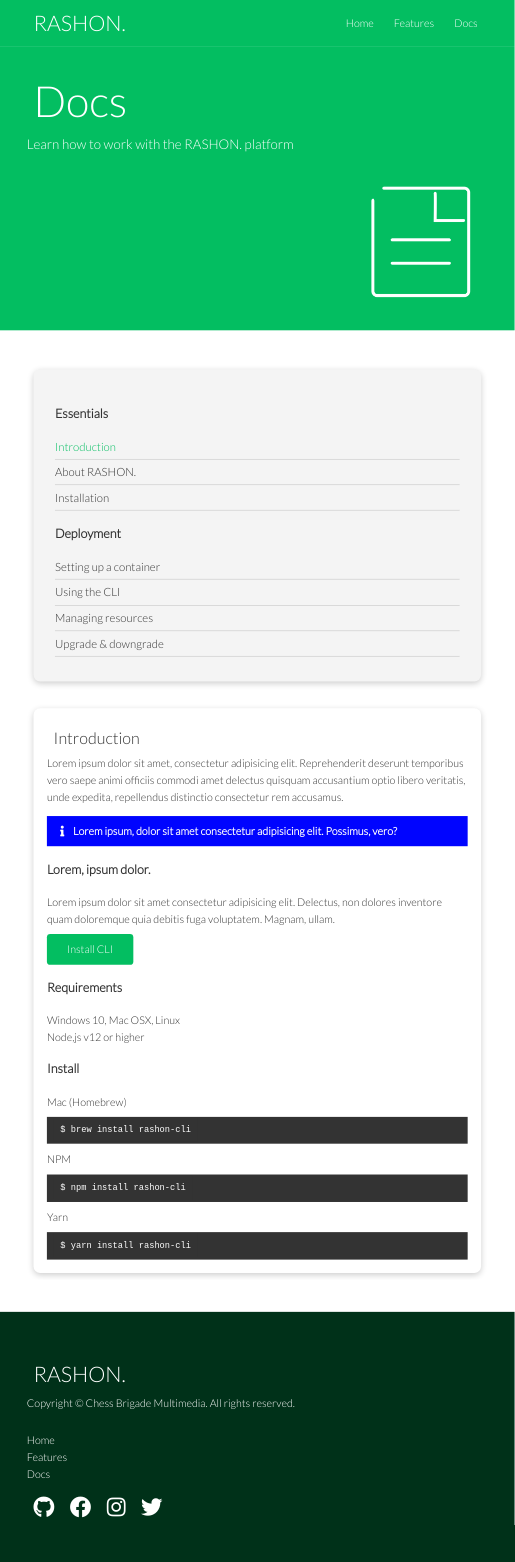
Repository: Skilis/website-modern
Page: docs.html
An editor plug-in stored every save of this project. The page is shown before and after the next save, followed by the edit.
The browser window is 768 px wide. The pictures show the whole page, at 67% of full size.

Above is the page before, as saved 2020-10-24 13:41:42.

### docs.html
<!DOCTYPE html>
<html lang="en">

<head>
  <meta charset="UTF-8">
  <meta name="viewport" content="width=device-width, initial-scale=1.0">
  <link rel="stylesheet" href="https://cdnjs.cloudflare.com/ajax/libs/font-awesome/5.15.1/css/all.min.css"
    integrity="sha512-+4zCK9k+qNFUR5X+cKL9EIR+ZOhtIloNl9GIKS57V1MyNsYpYcUrUeQc9vNfzsWfV28IaLL3i96P9sdNyeRssA=="
    crossorigin="anonymous" />
  <link rel="stylesheet" href="css/utilities.css">
  <link rel="stylesheet" href="css/style.css">

  <title>Rashon | Cloud Hosting For The SuperPhly</title>
</head>

<body>
  <!-- Navbar-->
  <div class="navbar">
    <div class="container flex">
      <h1 class="logo">RASHON.</h1>
      <nav>
        <ul>
          <li><a href="index.html">Home</a></li>
          <li><a href="features.html">Features</a></li>
          <li><a href="docs.html">Docs</a></li>
        </ul>
      </nav>
    </div>

  </div>

  <!-- Head -->
  <section class="docs-head bg-primary py-3">
    <div class="container grid">
      <div>
        <h1 class="xl">Docs</h1>
        <p class="lead">Learn how to work with the RASHON. platform</p>
      </div>
      <img src="images/docs.png" alt="">
    </div>
  </section>

  <!-- Docs Main-->

  <section class="docs-main my-4">
    <div class="container grid">
      <div class="card bg-light p-3">
        <h3 class="my-2">Essentials</h3>
        <nav>
          <ul>
            <li><a class="text-primary" href="#">Introduction</a></li>
            <li><a href="#">About RASHON.</a></li>
            <li><a href="#">Installation</a></li>
          </ul>
        </nav>


        <h3 class="my-2">Deployment</h3>
        <nav>
          <ul>
            <li><a href="#">Setting up a container</a></li>
            <li><a href="#">Using the CLI</a></li>
            <li><a href="#">Managing resources</a></li>
            <li><a href="#">Upgrade & downgrade</a></li>
          </ul>
        </nav>
      </div>

      <div class="card">
        <h2>Introduction</h2>
        <p>Lorem ipsum dolor sit amet, consectetur adipisicing elit. Reprehenderit deserunt temporibus vero saepe animi
          officiis commodi amet delectus quisquam accusantium optio libero veritatis, unde expedita, repellendus
          distinctio consectetur rem accusamus.</p>

        <div class="alert alert-success">
          <i class="fas fa-info"></i> Lorem ipsum, dolor sit amet consectetur adipisicing elit. Possimus, vero?
        </div>

        <h3>Lorem, ipsum dolor.</h3>

        <p>Lorem ipsum dolor sit amet consectetur adipisicing elit. Delectus, non dolores inventore quam doloremque quia
          debitis fuga voluptatem. Magnam, ullam.</p>

        <a href="#" class="btn btn-primary">Install CLI</a>

        <h3>Requirements</h3>
        <ul>
          <li>Windows 10, Mac OSX, Linux</li>
          <li>Node,js v12 or higher</li>
        </ul>

        <h3>Install</h3>
        <p>Mac (Homebrew)</p>
        <pre><code>$ brew install rashon-cli</code></pre>
        <p>NPM</p>
        <pre><code>$ npm install rashon-cli</code></pre>
        <p>Yarn</p>
        <pre><code>$ yarn install rashon-cli</code></pre>

      </div>
    </div>

  </section>



  <!-- Footer -->

  <footer class="footer bg-dark py-5">
    <div class="container grid grid-3">
      <div>
        <h1>RASHON.</h1>
        <p>Copyright &copy; Chess Brigade Multimedia. All rights reserved.</p>
      </div>
      <nav>
        <ul>
          <li><a href="index.html">Home</a></li>
          <li><a href="features.html">Features</a></li>
          <li><a href="docs.html">Docs</a></li>
        </ul>
      </nav>
      <div class="social">
        <a href="https://skilis.github.io/CBMM-Development/"><i class="fab fa-github fa-2x"></i></a>
        <a href="https://www.facebook.com/ChessChessBrigadeInc/"><i class="fab fa-facebook fa-2x"></i></a>
        <a href="https://www.instagram.com/skilis_creates/"><i class="fab fa-instagram fa-2x"></i></a>
        <a href="https://twitter.com/skilisthedon"><i class="fab fa-twitter fa-2x"></i></a>
      </div>
    </div>
  </footer>


</body>

</html>

### css/utilities.css
.container {
  max-width: 1100px;
  margin: 0 auto;
  overflow: auto;
  padding: 0 40px;
}

.card {
  background-color: #fff;
  color: #333;
  border-radius: 10px;
  box-shadow: 0 3px 10px rgba(0, 0, 0, 0.2);
  padding: 20px;
  margin: 10px;
}

.btn {
  display: inline-block;
  padding: 10px 30px;
  cursor: pointer;
  background: var(--primary-color);
  color: #fff;
  border: none;
  border-radius: 5px;
}

.btn-outline {
  background-color: transparent;
  border: 1px #fff solid;
}

.btn:hover {
  transform: scale(.98);
}

/* Backgrounds & Colored Buttons */

.bg-primary,
.btn-primary {
  background-color: var(--primary-color);
  color: #fff;
}

.bg-secondary,
.btn-secondary {
  background-color: var(--secondary-color);
  color: #fff;
}

.bg-dark,
.btn-dark {
  background-color: var(--dark-color);
  color: #fff;
}

.bg-light,
.btn-light {
  background-color: var(--light-color);
  color: #333;
}

.bg-primary a,
.btn-primary a,
.bg-secondary a,
.btn-secondary a,
.bg-dark a,
.btn-dark a {
  color: #fff;
}

/* Text Colors */

.text-primary {
  color: var(--primary-color);

}

.text-secondary {
  color: var(--secondary-color);

}

.text-dark {
  color: var(--dark-color);

}

.text-light {
  color: var(--light-color);

}

/* Text Sizes */

.lead {
  font-size: 20px;
}

.sm {
  font-size: 1rem;
}

.md {
  font-size: 2rem;
}

.lg {
  font-size: 3rem;
}

.xl {
  font-size: 4rem;
}

.text-center {
  text-align: center;
}

/* Alert */

.alert {
  background-color: var(--light-color);
  padding: 10px 20px;
  font-weight: bold;
  margin: 15px 0;
}

.alert i {
  margin-right: 10px;
}

.alert-success {
  background-color: var(--success-color);
  color: #fff;
}

.alert-error {
  background-color: var(--error-color);
}

.flex {
  display: flex;
  justify-content: center;
  align-items: center;
  height: 100%;
}

.grid {
  display: grid;
  grid-template-columns: repeat(2, 1fr);
  gap: 20px;
  justify-content: center;
  align-items: center;
  height: 100%;
}

.grid-3 {
  grid-template-columns: repeat(3, 1fr);
}

/* Margin */

.my-1 {
  margin: 1rem;
}

.my-2 {
  margin: 1.5rem 0;
}

.my-3 {
  margin: 2rem 0;
}

.my-4 {
  margin: 3rem 0;
}

.my-5 {
  margin: 4rem 0;
}

.m-1 {
  margin: 1rem;
}

.m-2 {
  margin: 1.5rem;
}

.m-3 {
  margin: 2rem;
}

.m-4 {
  margin: 3rem;
}

.m-5 {
  margin: 4rem;
}

/* Padding */

.py-1 {
  padding: 1rem;
}

.py-2 {
  padding: 1.5rem 0;
}

.py-3 {
  padding: 2rem 0;
}

.py-4 {
  padding: 3rem 0;
}

.py-5 {
  padding: 4rem 0;
}

.p-1 {
  padding: 1rem;
}

.p-2 {
  padding: 1.5rem;
}

.p-3 {
  padding: 2rem;
}

.p-4 {
  padding: 3rem;
}

.p-5 {
  padding: 4rem;
}

### css/style.css
@import url('https://fonts.googleapis.com/css2?family=Lato:wght@300&display=swap');

:root {
  --primary-color: #03be61;
  --secondary-color: #026e38;
  --dark-color: #003119;
  --light-color: #f4f4f4;
  --success-color: #0004ff;
  --error-color: #f80800;
}

* {
  box-sizing: border-box;
  padding: 0;
  margin: 0;
}

body {
  font-family: 'Lato', sans-serif;
  color: #333;
  line-height: 1.6;
}

ul {
  list-style-type: none;
}

a {
  text-decoration: none;
  color: #333;
}

h1,
h2 {
  font-weight: 300;
  line-height: 1.2;
  margin: 10px;
}

p {
  margin: 10px 0;
}

img {
  width: 100%;
}

code,
pre {
  background: #333;
  color: #fff;
  padding: 10px;
}

/* Navrbar*/

.navbar {
  background-color: var(--primary-color);
  color: #fff;
  height: 70px;
}

.navbar ul {
  display: flex;
}

.navbar a {
  color: #fff;
  padding: 10px;
  margin: 0 5px;
}

.navbar a:hover {
  border-bottom: 2px white solid;
}

.navbar .flex {
  justify-content: space-between;
}

/* Showcase*/

.showcase {
  height: 400px;
  background-color: var(--primary-color);
  color: white;
  position: relative;
}

.showcase h1 {
  font-size: 40px;
}

.showcase p {
  margin: 20px 0;
}

.showcase .grid {
  overflow: visible;
  grid-template-columns: 55% 45%;
  gap: 30px;
}

.showcase-form {
  position: relative;
  top: 60px;
  height: 350px;
  width: 400px;
  padding: 40px;
  z-index: 100;
}

.showcase-form .form-control {
  margin: 30px 0;
}

.showcase-form input[type='text'],
.showcase-form input[type='email'] {
  border: 0;
  border-bottom: 1px solid #b4becb;
  width: 100%;
  padding: 3px;
  font-size: 16px;
}

.showcase-form input:focus {
  outline: none;
}

.showcase::before,
.showcase::after {
  content: '';
  position: absolute;
  height: 100px;
  bottom: -70px;
  right: 0;
  left: 0;
  background: white;
  transform: skewY(-3deg);
  -webkit-transform: skewY(-3deg);
  -moz-transform: skewY(-3deg);
  -ms-transform: skewY(-3deg);
}

/* Stats */

.stats {
  padding-top: 100px;
}

.stats-heading {
  max-width: 500px;
  margin: auto;
}

.stats .grid h3 {
  font-size: 35px;
}

.stats .grid p {
  font-size: 20px;
  font-weight: bold;
}

/* Cli */

.cli .grid {
  grid-template-columns: repeat(3, 1fr);
  grid-template-rows: repeat(2, 1fr);
}

.cli .grid>*:first-child {
  grid-column: 1 / span 2;
  grid-row: 1 / span 2;
}

/* Cloud */

.cloud .grid {
  grid-template-columns: 4fr 3fr;
}

/* Languages */

.languages .flex {
  flex-wrap: wrap;
}

.languages .card {
  text-align: center;
  margin: 18px 10px 40px;
  transition: transform 0.2s ease-in;
}

.languages .card h4 {
  font-size: 20px;
  margin-bottom: 10px;
}

.languages .card:hover {
  transform: translateY(-15px);
}

/* Features */

.features-head img,
.docs-head img {
  width: 200px;
  justify-self: flex-end;
}

.features-sub-head img {
  width: 300px;
  justify-self: flex-end;
}

.features-main .card>i {
  margin-right: 20px;
}

.features-main .grid {
  padding: 30px;
}

.features-main .grid>*:first-child {
  grid-column: 1 / span 3;
}

.features-main .grid>*:nth-child(2) {
  grid-column: 1 / span 2;
}

/* Docs */

.docs-main h3 {
  margin: 20px 0;
}

.docs-main .grid {
  grid-template-columns: 1fr 2fr;
  align-items: flex-start;
}

.docs-main nav li {
  font-size: 17px;
  padding-bottom: 5px;
  margin-bottom: 5px;
  border-bottom: 1px #ccc solid;
}

.docs-main a:hover {
  font-weight: bold;
}

/* Footer */

.footer .social a {
  margin: 0 10px;
}

/* Tablets and under*/

@media(max-width: 768px) {

  .grid,
  .showcase .grid,
  .stats .grid,
  .cli .grid,
  .cloud .grid,
  .features-main .grid,
  .docs-main .grid {
    grid-template-columns: 1fr;
    grid-template-rows: 1fr;
  }

  .showcase {
    height: auto;
  }

  .showcase-text {
    text-align: center;
    margin-top: 40px;
  }

  .showcase-form {
    justify-self: center;
    margin: auto;
  }

  .cli .grid>*:first-child {
    grid-column: 1;
    grid-row: 1;
  }

}

/* Mobile*/

@media(max-width: 500px) {
  .navbar {
    height: 110px;
  }

  .navbar .flex {
    flex-direction: column;
  }

  .navbar ul {
    padding: 10px;
    background-color: rgba(0, 0, 0, 0.1);
  }
}

After the next save:
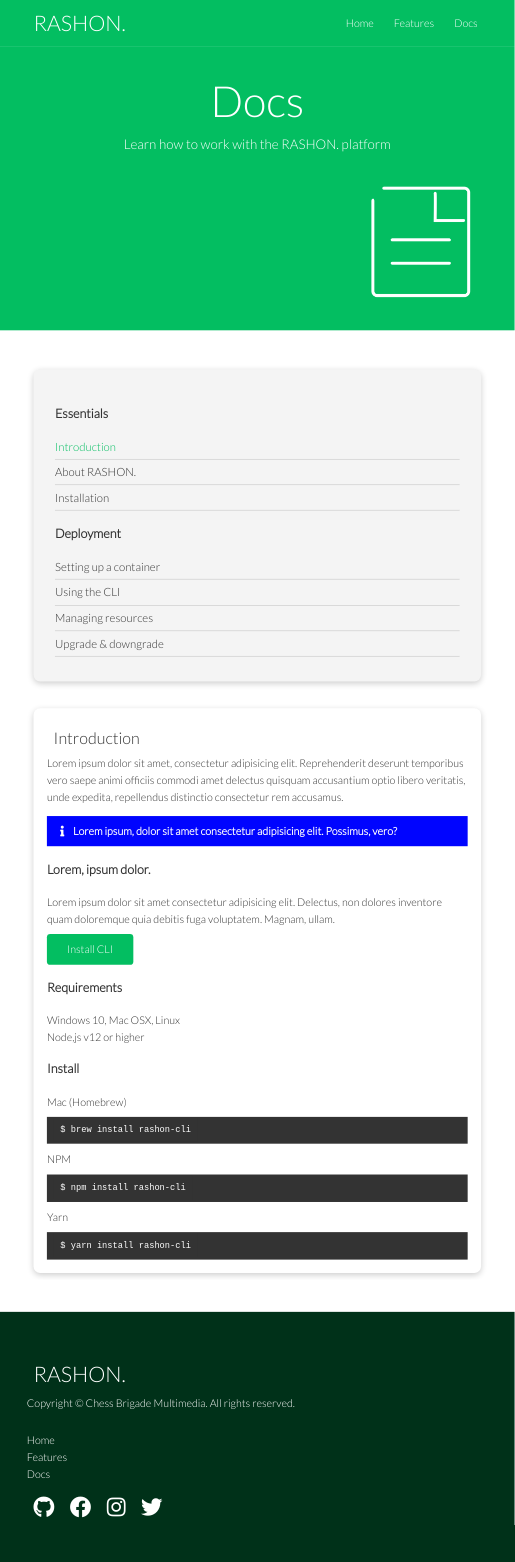
Saved 2 min 3 s later.
--- a/css/style.css
+++ b/css/style.css
@@ -292,6 +292,12 @@ pre {
     grid-row: 1;
   }
 
+  .features-head,
+  .features-sub-head,
+  .docs-head {
+    text-align: center;
+  }
+
 }
 
 /* Mobile*/
